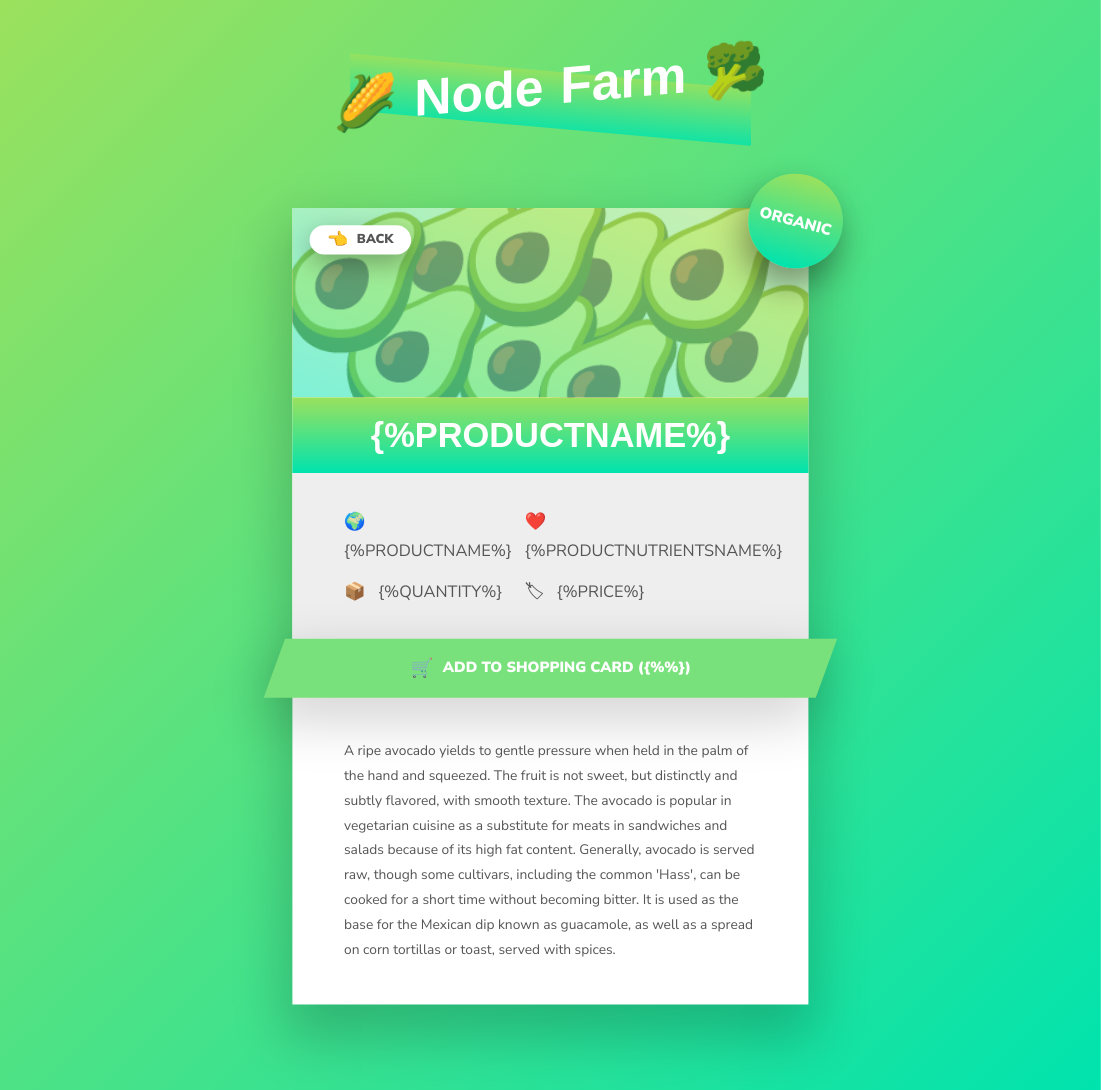
Repository: Tiantian-C/node2
Page: templates/product.html
The author's editor kept a copy of each file at every save. The page is drawn from the files as they stood at one save, then again after the next save.
The browser window is 1280 px wide. The pictures show the whole page, at 86% of full size.
Some web fonts or font styles are not loaded; a fallback is used.

Above is the page before, as saved 2023-07-15 15:28:36.

After the next save:
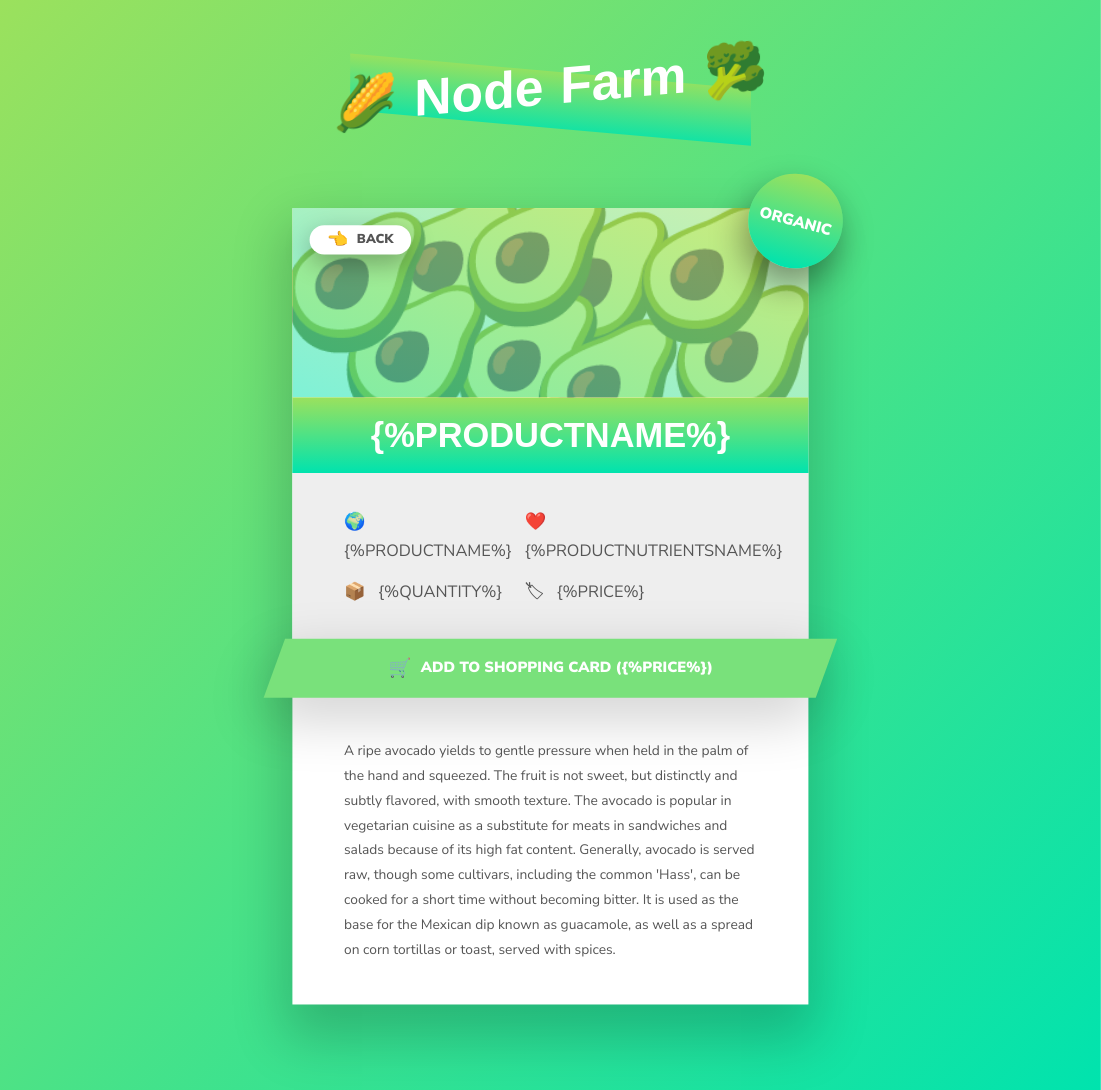
Saved 12 s later.
--- a/templates/product.html
+++ b/templates/product.html
@@ -295,7 +295,7 @@
 
         <a href="#" class="product__link">
           <span class="emoji-left">🛒</span>
-        <span>Add to shopping card ({%%})</span>
+        <span>Add to shopping card ({%PRICE%})</span>
         </a>
 
         <p class="product__description">
